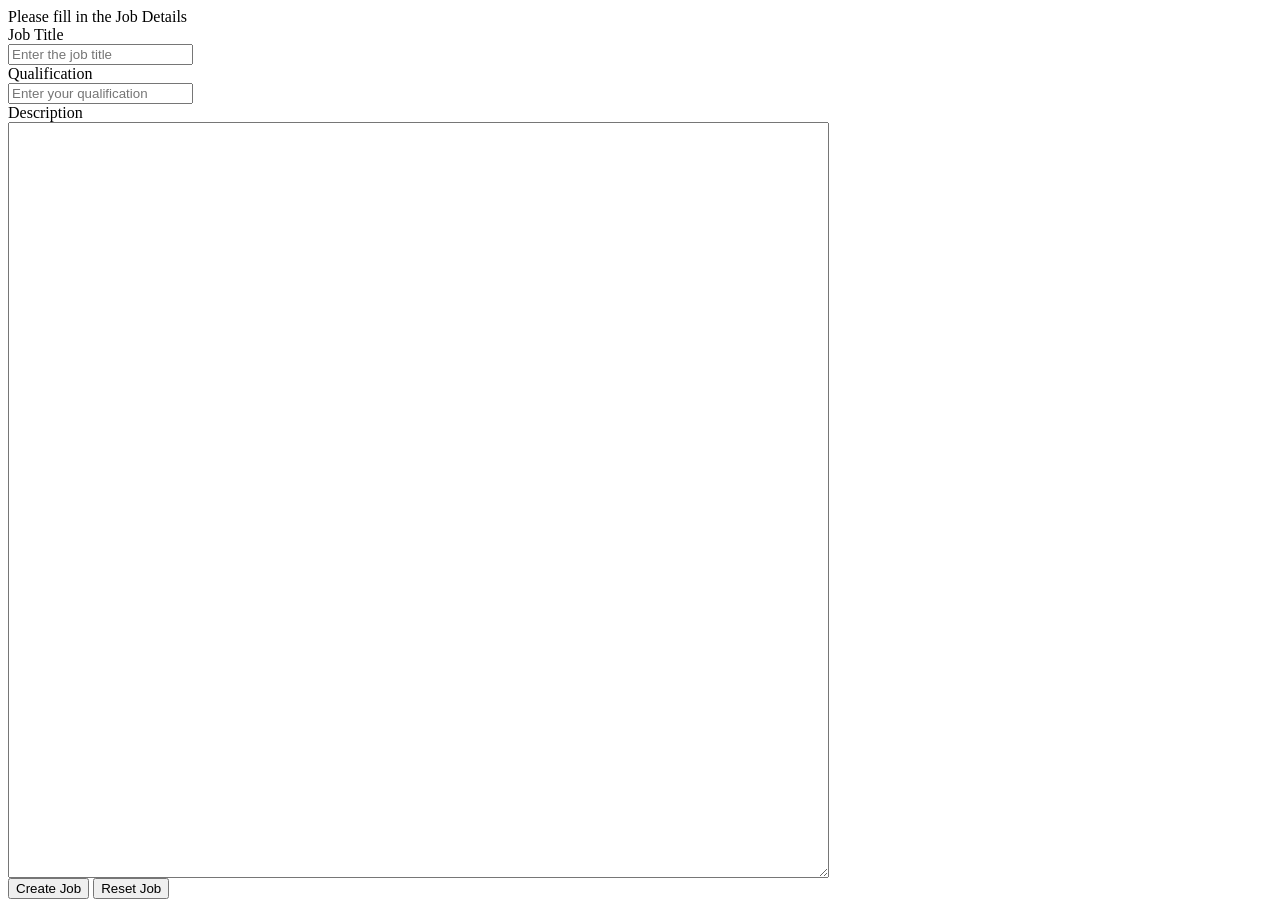
Repository: shailaja1601/collaborative_project
Page: CollabarationFrontEnd/WebContent/job/post_job.html
These files come from the project's save history. The page is drawn as it stood at one moment and after the next save; the edit follows.
The browser window is 1280 px wide. The pictures show the whole page.

Above is the page before, as saved 2017-02-07 19:30:20.

After the next save:
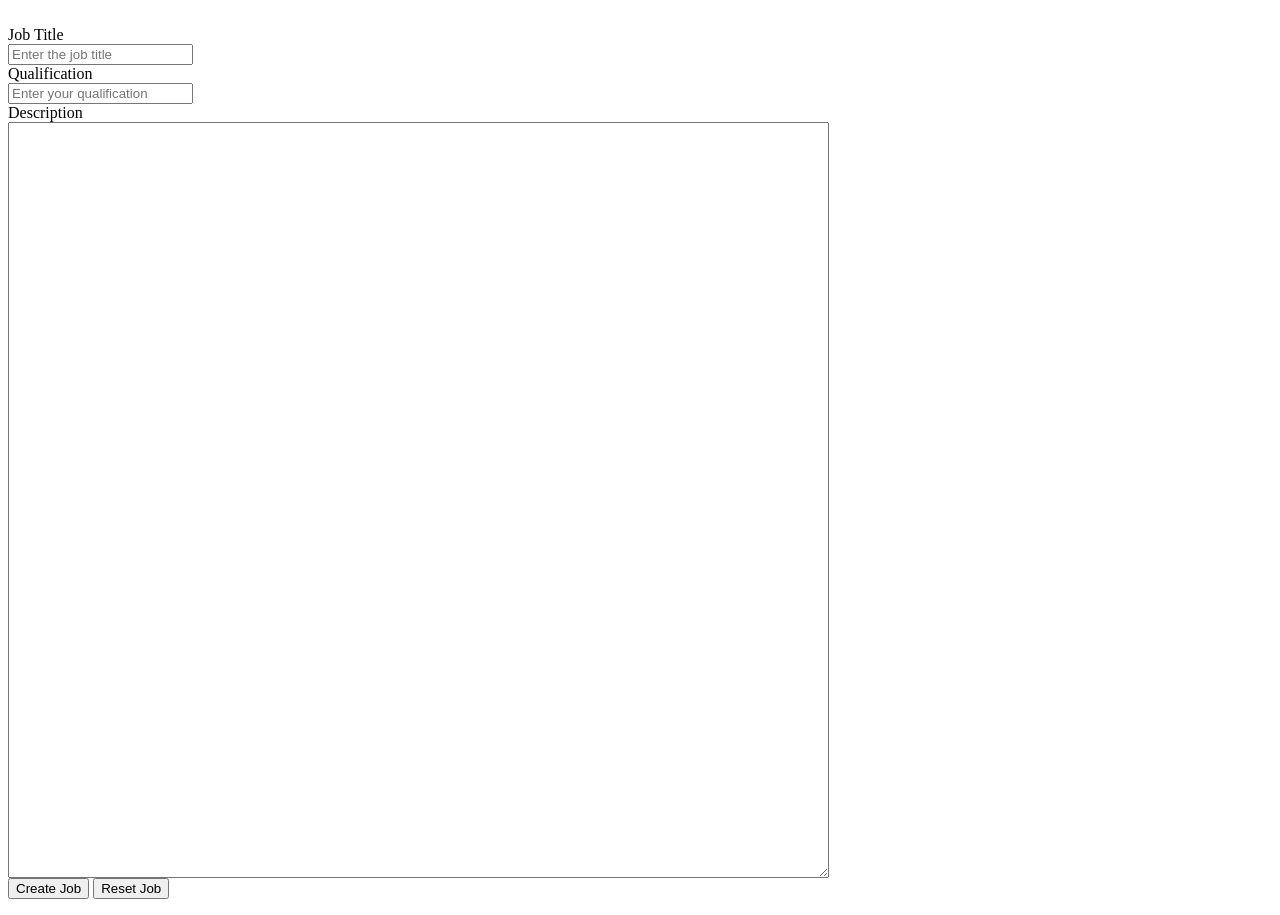
Saved 79 s later.
--- a/CollabarationFrontEnd/WebContent/job/post_job.html
+++ b/CollabarationFrontEnd/WebContent/job/post_job.html
@@ -13,7 +13,7 @@ background-color:rgba(255,255,255,0.1);
 <div data-ng-hide="CurrentUser==''" >
 	<div class="generic-container" data-ng-controller="JobController as ctrl">
 			<div class="panel">
-				<div class="panel-heading">
+				<div class="panel-heading" style="color:white">
 					<span class="lead">Please fill in the Job Details </span>
 				</div>
 				<div class="formcontainer">
